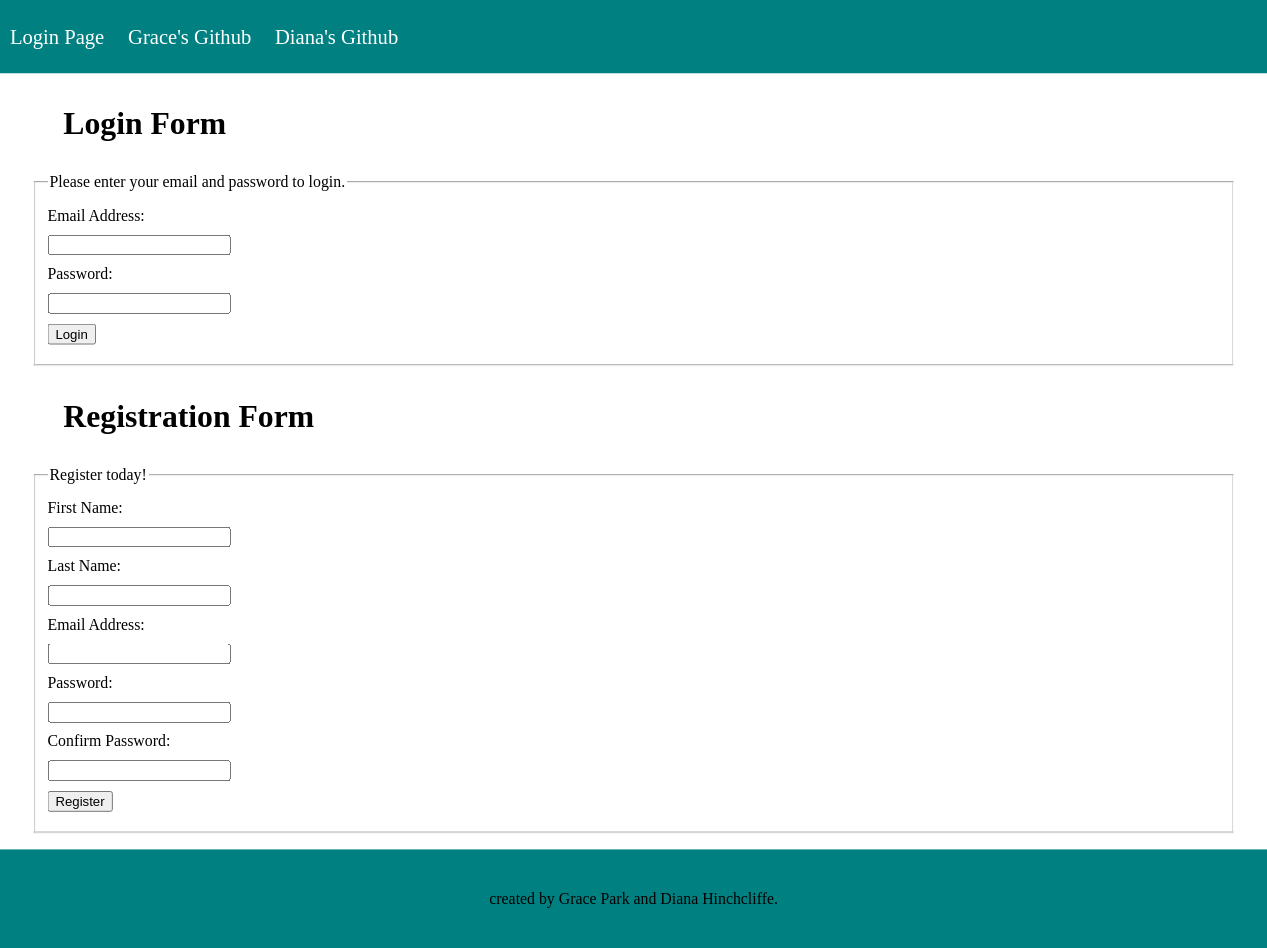
Repository: developergrace/cosw30
Page: http://localhost/labwork/lab2/login.php
The author's editor kept a record of every edit. The page is drawn from the files as they stood at one moment, then again after the next edit.
The browser window is 1280 px wide. The pictures show the whole page, at 99% of full size.
The page is run by PHP 8.4 with error messages shown; the project is at /var/www/html/.

Above is the page before.

After the next edit:
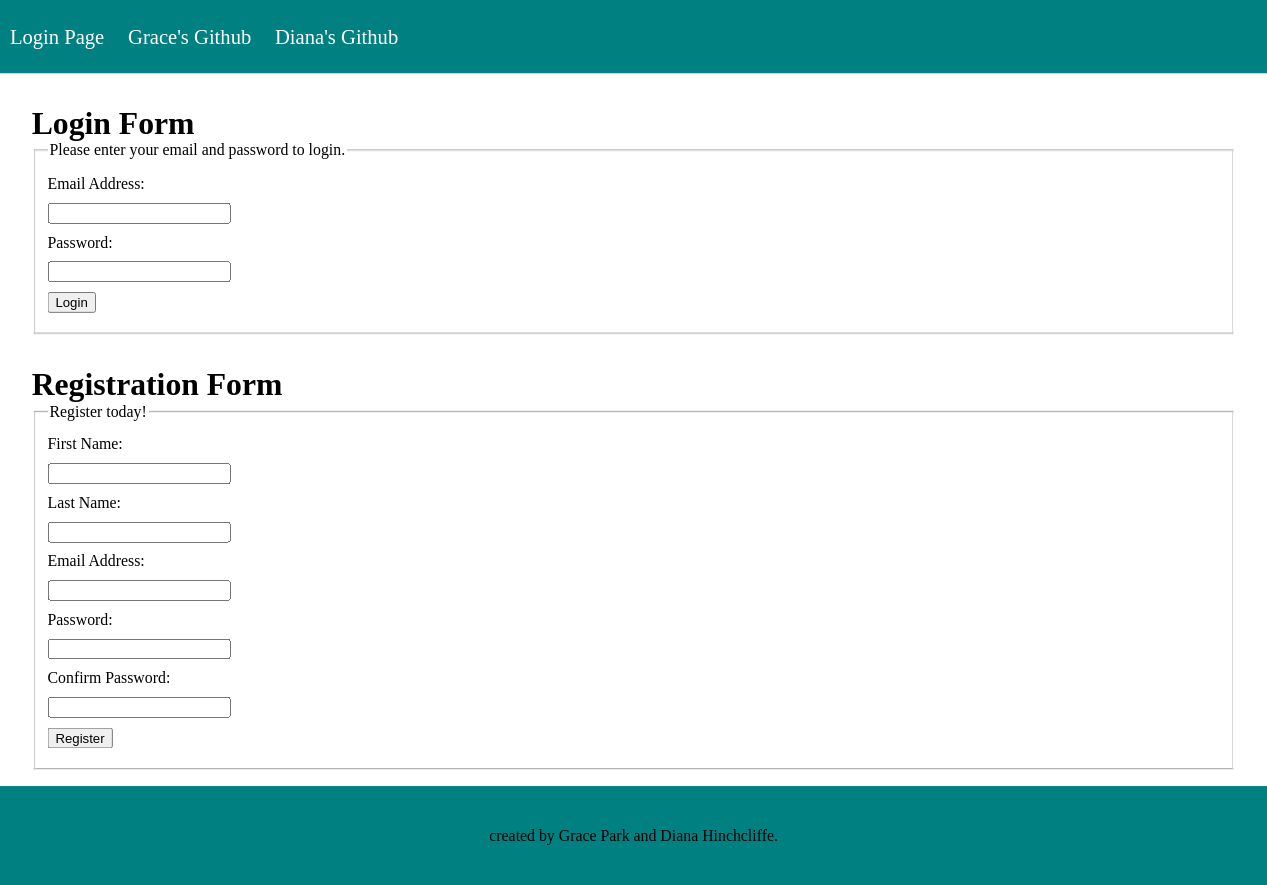
The edit:
--- a/labwork/lab2/login.php
+++ b/labwork/lab2/login.php
@@ -26,7 +26,7 @@
             }
 
             h1 {
-                margin: 1em 2em;
+                margin: 1em 1em 0;
             }
 
             form {
